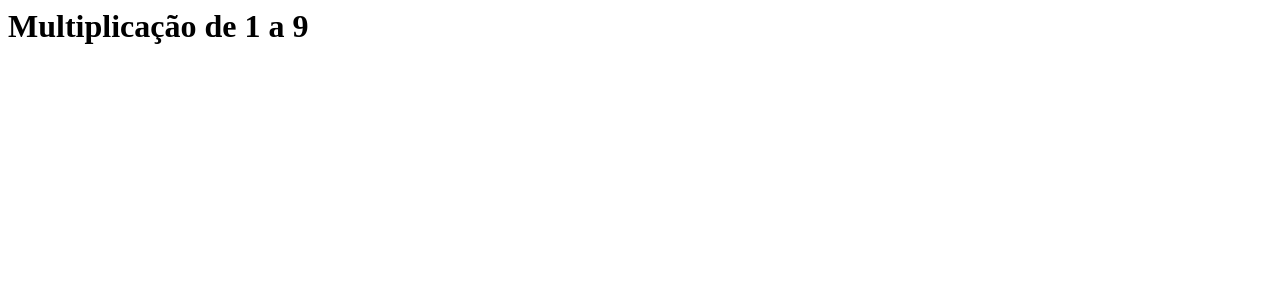
Repository: emilianocarvalho/ServidoresWeb
Page: http://localhost/GetInteger/RetTabuada.do
An editor plug-in stored every save of this project. The page is shown before and after the next save, followed by the edit.
The browser window is 1280 px wide. The pictures show the whole page.
The page is served by Tomcat 9.

Above is the page before, as saved 2015-09-08 14:31:04.

### GetInteger/src/br/com/estacio/servlet/RetTabuada.java
package br.com.estacio.servlet;

import java.io.IOException;
import java.io.PrintWriter;
import java.util.Enumeration;

import javax.servlet.ServletException;
import javax.servlet.annotation.WebServlet;
import javax.servlet.http.HttpServlet;
import javax.servlet.http.HttpServletRequest;
import javax.servlet.http.HttpServletResponse;

/**
 * Servlet implementation class RetTabuada
 */
@WebServlet(description = "Receber um número informado e retornar a tabuada deste número", urlPatterns = { "/RetTabuada.do" })
public class RetTabuada extends HttpServlet {
	private static final long serialVersionUID = 1L;

    /**
     * @see HttpServlet#HttpServlet()
     */
    public RetTabuada() {
        super();
        // TODO Auto-generated constructor stub
    }

	/**
	 * @see HttpServlet#doGet(HttpServletRequest request, HttpServletResponse response)
	 */
	protected void doGet(HttpServletRequest request, HttpServletResponse response) throws ServletException, IOException {
		response.setContentType("text/html;charset=UTF-8");
		PrintWriter out = response.getWriter();
		Enumeration<String> e = request.getParameterNames();

		out.println("<head>");
		out.println("<title>Multiplicação de um número informado</title>");
		out.println("</head>");
		out.println("<body>");

		out.println("<h1>Multiplicação de 1 a 9</h1>");
		out.println("<table>");
		while(e.hasMoreElements())
		{
			Object obj = e.nextElement();
			String fieldName = (String) obj;
			String fieldValue = request.getParameter(fieldName);
			Double fldValue = Double.valueOf(fieldValue);

			for (int i = 1; i < 10; i++) {
				out.println("<tr>");
				out.println("<td> " + fieldValue + " x "+ i + " = " + fldValue * i + "</td>");
				out.println("</tr>");
			}

		}

		out.println("</table>");
		out.println("</body>");
		out.println("</html>");


		out.close();

	}

}

After the next save:
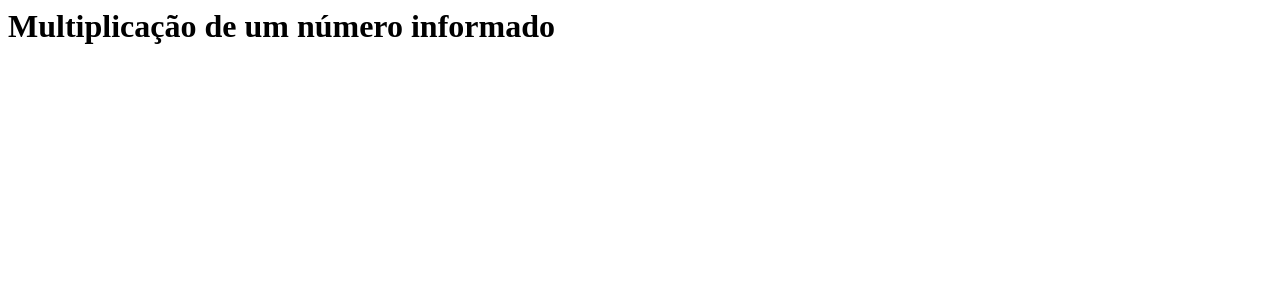
Saved 14 s later.
--- a/GetInteger/src/br/com/estacio/servlet/RetTabuada.java
+++ b/GetInteger/src/br/com/estacio/servlet/RetTabuada.java
@@ -38,7 +38,7 @@ public class RetTabuada extends HttpServlet {
 		out.println("</head>");
 		out.println("<body>");
 
-		out.println("<h1>Multiplicação de 1 a 9</h1>");
+		out.println("<h1>Multiplicação de um número informado</h1>");
 		out.println("<table>");
 		while(e.hasMoreElements())
 		{
